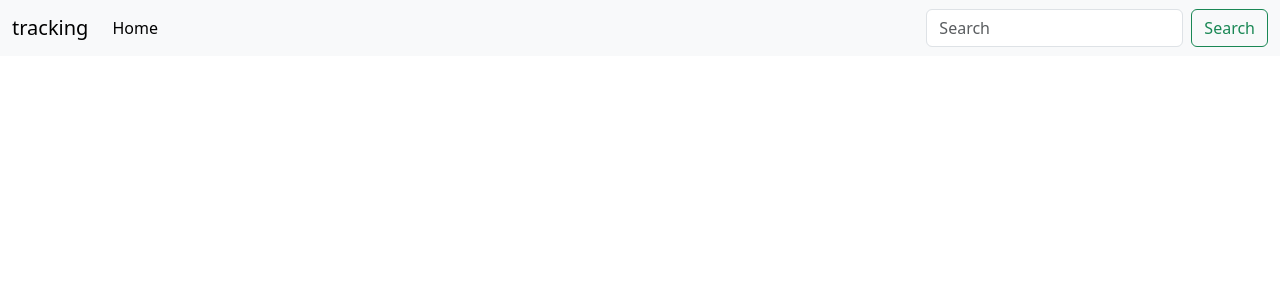
Repository: Rohit-foryou/Text-Utils
Page: /
The author's editor kept a copy of each file at every save. The page is drawn from the files as they stood at one save, then again after the next save.
The browser window is 1280 px wide. The pictures show the whole page.
The project was rebuilt for these pictures with package versions that can differ from the ones it lists, and the page was loaded fresh each time. Also part of the build but not shown: src/index.css, src/App.css.

Above is the page before, as saved 2023-12-20 20:14:12.

After the next save:
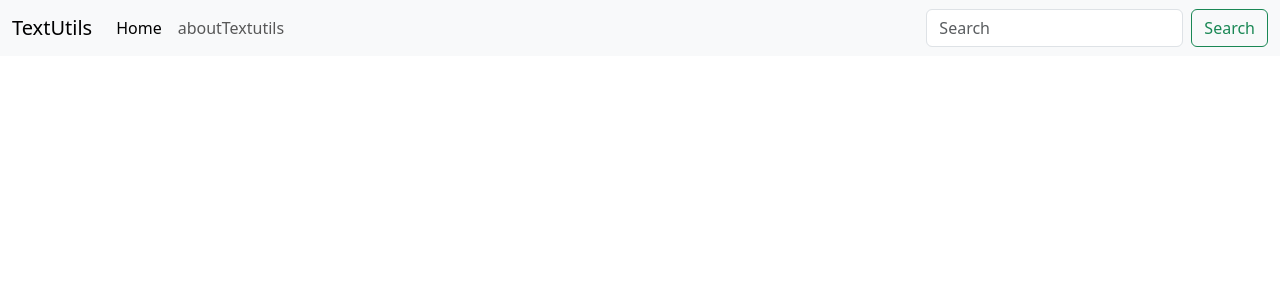
Saved 31 s later.
--- a/src/App.js
+++ b/src/App.js
@@ -5,7 +5,7 @@
 function App() {
   return (
     <>
-      <Navbar title = "tracking"/>
+      <Navbar title = "TextUtils" aboutText = "aboutTextutils"/>
     </>
   );
 }
